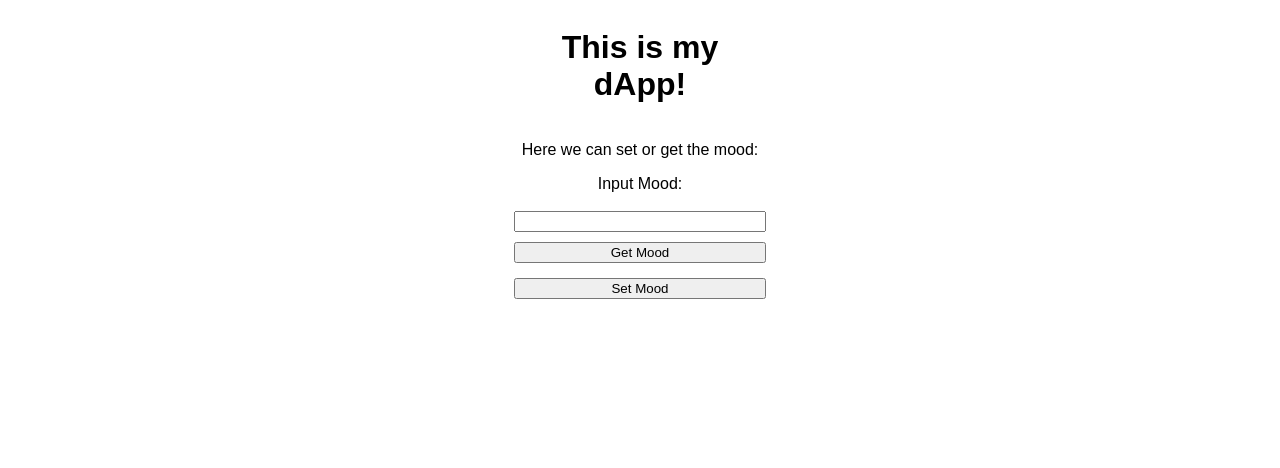
Repository: Sagar30601/MoodDapp
Page: index.html
The author's editor kept a copy of each file at every save. The page is drawn from the files as they stood at one save, then again after a run of saves.
The browser window is 1280 px wide. The pictures show the whole page.

Above is the page before, as saved 2022-04-19 11:20:18.

### index.html
<!DOCTYPE html>
<html lang="en">
<head>
    <meta charset="UTF-8">
    <meta http-equiv="X-UA-Compatible" content="IE=edge">
    <link rel="stylesheet" href="./index.css">
    <meta name="viewport" content="width=device-width, initial-scale=1.0">
    <title>My first dApps</title>
</head>
<body>
    <div>
        <h1>This is my dApp!</h1>
        <p>Here we can set or get the mood:</p>
        <label for="mood">Input Mood:</label><br>
        <input type="text" id="mood">
        <button  id="getMood">Get Mood</button>
        <button onclick="setMood()">Set Mood</button>
    </div>

    <script
        src="https://cdn.ethers.io/lib/ethers-5.2.umd.min.js"
        type="application/javascript"
    >sc

        window.ethereum.enable();
        var provider = new ethers.providers.Web3Provider(
            web3.currentProvider,
            "ropsten"
        );
        const MoodContractAddress = "0xF625644AC77e678B251FD6A985e36D3E23EA0b0D";
        const MoodContractABI = [
	{
		"inputs": [
			{
				"internalType": "string",
				"name": "_mood",
				"type": "string"
			}
		],
		"name": "setMood",
		"outputs": [],
		"stateMutability": "nonpayable",
		"type": "function"
	},
	{
		"inputs": [],
		"name": "getMood",
		"outputs": [
			{
				"internalType": "string",
				"name": "",
				"type": "string"
			}
		],
		"stateMutability": "view",
		"type": "function"
	}
];
        let MoodContract;
        let signer;
        provider.listAccount().then(function(accounts) {
            signer = provider.getSigner(accounts[0]);
            MoodContract = new ethers.Contract(
                MoodContractAddress,
                MoodContractABI,
                signer
            );
        });
        async function getMood() {
            getMoodPromise = MoodContract.getMood();
            var Mood = await getMoodPromise;
            console.log(Mood);
        }
        async function setMood() {
            let mood = document.getElementById("mood").value;
            setMoodPromise = MoodContract.setMood(mood);
            await setMoodPromise;
        }
    </script>
</body>
</html>

### index.css
body {
    text-align: center;
    font-family: Arial, Helvetica, sans-serif;
  }

  div {
    width: 20%;
    margin: 0 auto;
    display: flex;
    flex-direction: column;
  }

  button {
    width: 100%;
    margin: 10px 0px 5px 0px;
  }

After the next 2 saves:
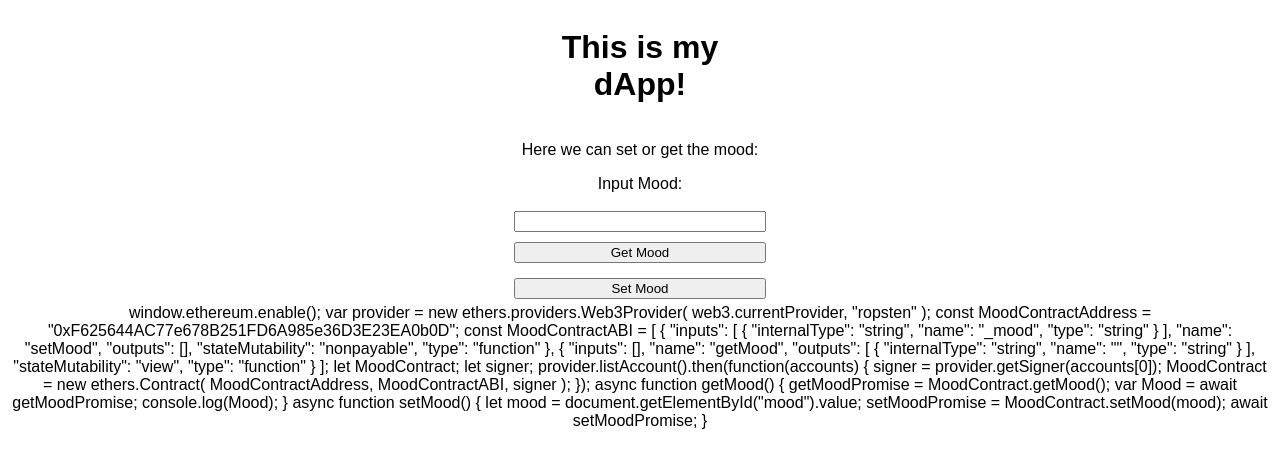
The 2 saves are shown as one change because they came seconds apart.
The last was saved 7 s later.
--- a/index.html
+++ b/index.html
@@ -20,7 +20,9 @@
     <script
         src="https://cdn.ethers.io/lib/ethers-5.2.umd.min.js"
         type="application/javascript"
-    >sc
+    ></script>
+
+
 
         window.ethereum.enable();
         var provider = new ethers.providers.Web3Provider(
